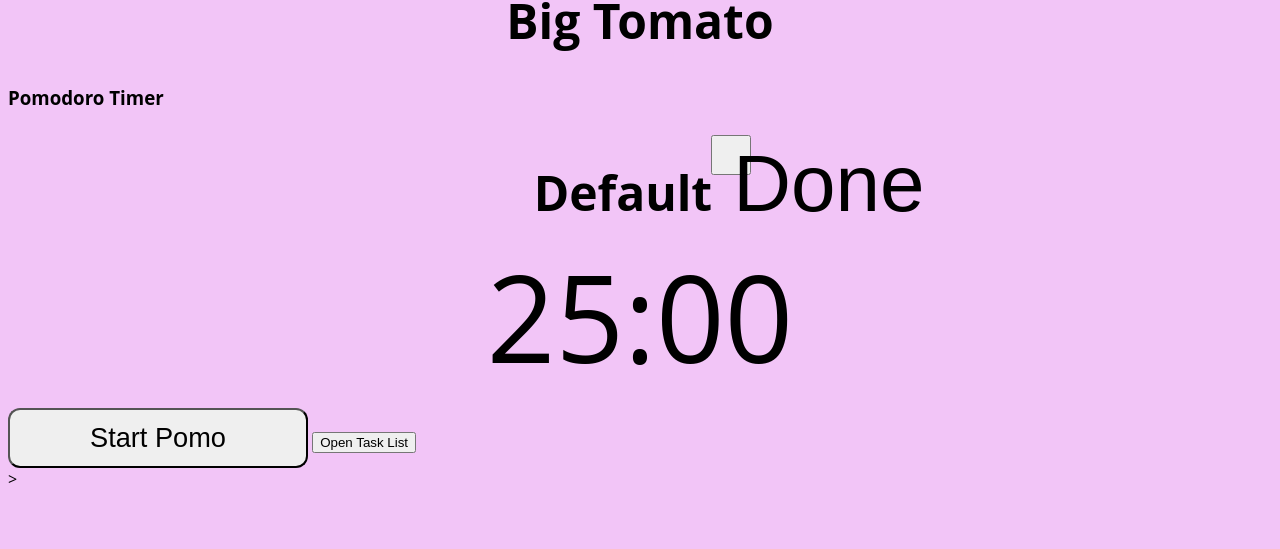
Repository: esong165/cse110-w21-group25
Page: source/index.html
The author's editor kept a copy of each file at every save. The page is drawn from the files as they stood at one save, then again after the next save.
The browser window is 1280 px wide. The pictures show the whole page.

Above is the page before, as saved 2021-03-04 15:12:38.
Console error: TypeError: Cannot read properties of null (reading 'style')

### source/index.html
<!DOCTYPE html>
<html lang="en">
<head>


	<meta charset="UTF-8" />
	<title>Pomodoro Timer</title>
	<meta name="viewport" content="width=device-width, initial-scale=1.0" />
	<link rel="stylesheet" href="./main.css" />
</head>
<body>
	<header>
		<h1 id="site-header">Big Tomato</h1>
	</header>

	<main id="homeID" style="display:block">
		<h3>Pomodoro Timer</h3>
		<div id="current-task-container">
			<h3 id="current-task">Default</h3>
			<h3 id="num-pomos">1</h3>
			<button id="done-button" type="submit" value="Done With Task" >
				Done
			</button>
		</div>

		<section id="timer-display">
		<p id="time-remaining">25:00</p>
		</section>
		<button id="timer-button">Start Pomo</button>

		<div id="task-list">
			<h3>Task Name:               Estimated pomodoros:</h3>
			<ul id="tasks-container" is="task-list"></ul>
			<form id="add-task-container">
				<label>Task name:</label>
				<input type="text" id="new-task-name" maxlength="30">
				<label>Estimated pomodoros:</label>
				<input type="number" id="new-task-count" value="1" min="1" max="99">
				<input type="submit" id="add-task-btn" value="Add Task">
			</form>
		</div>

		<button id="tasklist-btn">Open Task List</button>
		<audio id="alarm" src="./air-horn.mp3"></audio>
	</main>

	<main id="homeID" style="display:none">
		<form id="settingsPomoLength" style="display:none">
			Choose the length of the break time:
			<select id="breakLength">
				<option>5 Minutes</option>
				<option>10 Minutes</option>
				<option>15 Minutes</option>
				<option>20 Minutes</option>
			</select>
			<br><br>
			<input type="button" onclick="getBreakLength()" value="Click Me!">
		</form>

		<input type="button" onclick="displaySettings()" value="Display!">

		<form id="settingsPomoLength" style="display:none">
			Choose the length of the one pomo:
			<select id="pomoLength">
				<option>20 Minutes</option>
				<option>25 Minutes</option>
				<option>30 Minutes</option>
				<option>35 Minutes</option>
				</select>
			<br><br>
			<input type="button" onclick="getPomoLength()" value="Click Me2!">
		</form>
	</main>>

	<script src="./task-item.js" type="module"></script>
	<script src="./timer.js" type="module"></script>
	<script src="./tasklist.js" type="module"></script>
	<script src="./main.js"></script>

</body>
</html>

### source/main.css
body {
	background-color: rgb(242, 197, 247); /* pomo, short: 184, 236, 184; long: 170, 210, 247; */
	font-family: 'Open Sans', sans-serif;
	padding-bottom: 0;
}

#site-header {
	text-align: center;
	font-size: 300%;
	margin-top: -20px;
}

html {
	overflow-y: scroll;
}

.taskbar-button {
	height: 50px;
	width: 50px;
}

/* nav-buttons */

#home-button {
	padding: 20px;
	outline: 0;
}

#stats-button {
	padding: 20px;
	outline: 0;
}

#settings-button {
	padding: 20px;
	outline: 0;
}

#task-list-button {
	padding: 20px;
	outline: 0;
}

#faq-button {
	padding: 20px;
	outline: 0;
}

/* task-bar */
#task-bar {
	text-align: center;
	margin: 0 auto;
	vertical-align: middle;
	padding-top: 0;
}

/* timer */
#current-task-container {
	text-align: center;
	margin-top: 30px;
}

#current-task {
	display: inline-block;
	font-size: 300%;
	margin: 0;
	text-align: center;
}

#time-remaining {
	font-size: 750%;
	margin-bottom: 10px;
	margin-top: 10px;
	text-align: center;
}

#mode-message {
	text-align: center;
	font-size: 150%;
}

#timer-button-container {
	text-align: center;
}

#timer-button {
	border-radius: 12px;
	font-size: 170%;
	padding: 2px, 2px, 8px, 8px;
	width: 300px;
	height: 60px;
	outline: 0;
}

#timer-button:hover {
	background-color: rgb(207, 207, 207);
}

/* task-list */
#add-task-container {
	text-align: center;
}

#task-list {
	display: none; /* Include some positioning */
}

#task-name {
	text-align: center;
}

#new-task-name {
	size: 20px;
}

#est-pomos {
	text-align: center;
}

#new-task-count {
	size: 20px;
}

#faq {
	display: flex;
	justify-content: center;
}

#faq {
	margin: 0 auto;
	max-width: 50%;
}

#faq div {
	max-width: 100%;
}

#task-list {
	display: none; /* Include some positioning */
}

#navButton {
	text-align: center;
	background-color: aquamarine;
}

#popup-button {
	background-color: rgba(247, 108, 108, 0.932);
	text-align: center;
	display: inline-block;
	font-size: 500%;
	cursor: pointer;
	padding: 20px 20px;
}

#done-button {
	cursor: pointer;
	display: inline-block;
	font-size: 500%;
	height: 40px;
	margin: -5px;
	outline: 0;
	padding-left: 20px;
	text-align: center;
	width: 40px;
}

#popup-button:hover {
	background-color: rgb(255, 0, 0);
}

#done-button:hover {
	background-color: rgb(30, 255, 0);
}

#num-pomos {
	display: none;
	font-size: 300%;
	text-align: center;
}

table,
th,
td {
	border: 1px solid black;
	width: 42%;
	text-align: center;
}

.task-item {
	list-style-type: none;
}

#tasks-container {
	text-align: center;
}

### source/task-item.js
/**
 * A class representing a task item.
 */
export default class TaskItem extends HTMLElement {
	/**
	 * Constructs a task item using the input task name and estimated pomodoro count.
	 * Sets the current pomodoro count to 0.
	 * @param {String} taskName - Name of the task.
	 * @param {Number} pomoCount - Estimated pomodoro count.
	 * @param {Number} currPomoCount - Number of pomodoro cycles that have been completed with this task.
	 */
	constructor(taskName, pomoCount, currPomoCount) {
		// Required call to super in custom web component
		super();

		// Initializes shadow DOM
		const shadow = this.attachShadow({ mode: 'open' });

		// Creates list object representing the task
		const task = document.createElement('li');
		task.setAttribute('class', 'task');
		task.setAttribute('draggable', 'true');
		task.style = 'list-style-type:none; ';

		// Set name of task
		const name = document.createElement('span');
		name.innerHTML = '';
		name.innerHTML += taskName;
		name.style = 'display:none;';
		task.appendChild(name);

		// Set estimated pomodoros
		const count = document.createElement('span');
		count.innerHTML = '';
		count.innerHTML += pomoCount;
		count.style = 'display:none;';
		task.appendChild(count);
		// Set current pomodoro count
		this.currPomos = currPomoCount;

		// Select task button note: considering making this a radio option or making the text a clickable button
		const selectTaskButton = document.createElement('button');
		selectTaskButton.innerHTML = taskName;
		task.appendChild(selectTaskButton);

		const selectPomoButton = document.createElement('button');
		selectPomoButton.innerHTML = pomoCount;
		task.appendChild(selectPomoButton);

		// Remove task button
		const removeTaskButton = document.createElement('button');
		removeTaskButton.innerHTML = 'Remove';
		task.appendChild(removeTaskButton);

		// Add task to shadow DOM
		shadow.appendChild(task);
	}

	drag(event) {
		console.log('drag');
	}

	drop(event) {
		event.preventDefault();
		console.log('drop');
	}

	allowDrop(event) {
		event.preventDefault();
	}
}

customElements.define('task-item', TaskItem);

### source/timer.js
/**
 * All things timer.
 */
export default class Timer {
	/**
	 * Constructs the timer with a default remaining time of 25 minutes.
	 */
	constructor() {
		//const myMinutes = document.getElementById('minutes');
		this.$remaining = 5 * 1000;
	}

	/**
	 * Gets the remaining time.
	 */
	get remaining() {
		return this.$remaining;
	}

	/**
	 * Sets the remaining time.
	 * @param {Number} time - the remaining time, in miliseconds
	 */
	set remaining(time) {
		this.$remaining = time;
		document.getElementById('time-remaining').textContent = this.$format(time);
	}

	/**
	 * Formats the given time to the form of mm:ss.
	 * @param {Number} time - the time, in miliseconds, to format
	 */
	$format(time) {
		const date = new Date(0);
		date.setMilliseconds(time);
		const isoDate = date.toISOString();
		let formatted;
		if (isoDate.length === 24) {
			formatted = isoDate.substr(14, 5);
		} else {
			formatted = isoDate.substr(17, 5);
		}
		return formatted;
	}

	$startCounter() {
		console.log(this.$remaining);
		this.$intervalId = setInterval(() => {
			this.$remaining -= 1000;
			//console.log(this.$remaining);
			if (this.$remaining === 0) {
				cancelInterval(this.$intervalId);
				document.getElementById('alarm').play();
			}
		}, 1000);
	}
}

document.addEventListener('DOMContentLoaded', () => {
	if (window.app === undefined) window.app = {};
	window.app.timer = new Timer();
	document.getElementById('timer-button').addEventListener('click', window.app.timer.$startCounter);
});
/*
let intervalHandle;
let myMinutes;
let mySeconds;
*/
/**
 * Once the count down is done, timer is reset to the previous page.
 */
/*
function resetPage() {
	document.getElementById('input-area').style.display = 'block';
	document.getElementById('rules').style.display = 'block';
	document.getElementById('timer-button').style.display = 'block';
}
*/
/**
 * Shows the time after each second.
 */
/*
function tick() {
	const timeDisplay = document.getElementById('time-remaining');
	if (mySeconds < 10) {
		mySeconds = '0' + mySeconds;
	}
	if (myMinutes === 0) {
		myMinutes = '00';
	} else if (myMinutes < 10) {
		myMinutes = '0' + myMinutes;
	}
	const message = myMinutes.toString() + ':' + mySeconds;
	timeDisplay.innerHTML = message;
	if (mySeconds === 0 && myMinutes !== 0) {
		myMinutes--;
		mySeconds = 60;
	} else if (mySeconds === 0) {
		document.getElementById('alarm').play();
		clearInterval(intervalHandle);
		resetPage();
	}
	mySeconds--;
}
*/
/**
 * Function starts when the button is clicked and takes in the minute and second input
 */
/*
function startCounter() {
	myMinutes = document.getElementById('minutes').value;
	mySeconds = document.getElementById('seconds').value;
	if (isNaN(myMinutes)) {
		alert('Type a valid number please');
		return;
	}
	if (isNaN(mySeconds)) {
		alert('Type a valid number please');
		return;
	}
	intervalHandle = setInterval(tick, 1000);
	document.getElementById('input-area').style.display = 'none';
	document.getElementById('rules').style.display = 'none';
	document.getElementById('timer-button').style.display = 'none';
}
*/

### source/tasklist.js
import TaskItem from './task-item.js';

/**
 * A class representing a Tasklist.
 */
export default class Tasklist extends HTMLUListElement {
	/**
	 * Constructs the Tasklist with a default tasklist and selected task, or
	 * the tasklist and selected task stored in localStorage if they exist.
	 */
	constructor() {
		// Required call to super in custom web component
		super();

		// Initialize $tasks and $selected to default values
		this.$tasks = [];
		this.$selected = ['Default', '1', '-1'];

		// Get values from localStorage and updating $tasks and $selected if these are not null
		const taskItemArr = JSON.parse(localStorage.getItem('taskItemArr'));
		const selectedArr = JSON.parse(localStorage.getItem('selectedTask'));
		if (taskItemArr !== null) {
			this.$tasks = taskItemArr;
		}
		if (selectedArr !== null) {
			this.$selected = selectedArr;
		}

		// Update current task display
		document.getElementById('current-task').innerHTML = this.$selected[0];
		document.getElementById('num-pomos').innerHTML = this.$selected[1];

		// Update tasklist display
		for (const task of this.$tasks) {
			const currTask = new TaskItem(task[0], task[1], task[2]);
			currTask.id = task[0];

			/* Add select and remove buttons to each task fetched from localStorage
				(Perhaps create new method doing this to be called here and in addTask()) */
			currTask.shadowRoot.children[0].children[2].addEventListener('click',
				function() { document.getElementById('tasks-container').selectTask(task[0]); });
			currTask.shadowRoot.children[0].children[3].addEventListener('click',
				function() { document.getElementById('tasks-container').selectTask(task[0]); });
			currTask.shadowRoot.children[0].children[4].addEventListener('click',
				function() { document.getElementById('tasks-container').removeTask(task[0]); });

			document.getElementById('tasks-container').appendChild(currTask);
			document.getElementById(task[0]).setAttribute('ondragstart', 'drag(event);');
			document.getElementById(task[0]).setAttribute('ondragover', 'allowDrop(event);');
			document.getElementById(task[0]).setAttribute('ondrop', 'drop(event);');
		}
	}

	/**
	 * Gets the current selected task as an array.
	 * @returns {Array} Array containing task name at position 0 and estimated count at position 1.
	 */
	getSelected() {
		return this.$selected;
	}

	/**
	 * Add a task to the tasklist.
	 * @param {String} name - the name of the task
	 * @param {Number} count - the estimated number of pomodoro cycles
	 */
	addTask(name, count) {
		// Validity checking
		if (name.trim() === '') {
			alert('Please enter a valid task name.');
			return;
		}
		const task = new TaskItem(name, count, 0);
		task.id = name;

		/* Add select and remove buttons to the task
			(Perhaps create new method doing this to be called here and in c-tor) */
		task.shadowRoot.children[0].children[2].addEventListener('click',
			function() { document.getElementById('tasks-container').selectTask(name); });
		task.shadowRoot.children[0].children[3].addEventListener('click',
			function() { document.getElementById('tasks-container').removeTask(name); });

		// Store task as array of array in local storage -- could refactor into separate method
		let taskItemArr = JSON.parse(localStorage.getItem('taskItemArr'));
		if (taskItemArr == null) {
			taskItemArr = [];
		}

		// Create array version of the task
		const taskAsArr = [];
		taskAsArr.push(name);
		taskAsArr.push(count);
		taskAsArr.push(task.currPomos);

		// Validity checking (WIP)
		if (!JSON.stringify(taskItemArr).includes(JSON.stringify(taskAsArr))) {
			taskItemArr.push(taskAsArr);
			this.$tasks.push([name, count, task.currPomos]);
			this.appendChild(task);
			document.getElementById(name).setAttribute('ondragstart', 'drag(event);');
			document.getElementById(name).setAttribute('ondragover', 'allowDrop(event);');
			document.getElementById(name).setAttribute('ondrop', 'drop(event);');
		} else {
			alert('Task is already in tasklist.');
			return;
		}

		// This could probably just go in the if block above
		localStorage.setItem('taskItemArr', JSON.stringify(taskItemArr));
	}

	/**
	 * Select a task as the current task.
	 * @param {String} taskId - name of selected task.
	 */
	selectTask(taskId) {
		const task = document.getElementById(taskId).shadowRoot.children[0];
		const name = task.children[0].innerHTML;
		const pomos = task.children[1].innerHTML;

		// Update current task display
		document.getElementById('current-task').innerHTML = name;
		document.getElementById('num-pomos').innerHTML = pomos;

		// Update $selected instance variable
		this.$selected = [name, pomos, document.getElementById(taskId).currPomos];

		// Store selected task in local storage
		localStorage.setItem('selectedTask', JSON.stringify(this.$selected));
		// goes to timer page to see task set
		home();
	}

	/**
	 * Remove a task from the tasklist.
	 * @param {String} taskId - name of task to be removed.
	 */
	removeTask(taskId) {
		const currTaskId = document.getElementById('current-task').innerHTML;
		const taskContainer = document.getElementById('tasks-container');

		const task = document.getElementById(taskId);

		// Remove task from $tasks instance variable
		this.$tasks = arrayRemove(this.$tasks, taskId);

		/* Edge case check for a bug I could not figure out -- without this line,
			sometimes a task enters the tasklist with undefined, undefined --
			occurs when you add a task, select it, then remove it and refresh
			Justin Check how local storage works with select and see what's wrong with case
			*/
		if (JSON.stringify(this.$tasks) === '[{}]') this.$tasks = [];

		// Update tasklist display
		if (task != null) {
			taskContainer.removeChild(task);
		}

		// If current task is the removed task, move to next task in tasklist or default task
		if (currTaskId === taskId) {
			// Select the next task if there are any left in list
			if (taskContainer.hasChildNodes()) {
				document.getElementById('tasks-container').selectTask(this.$tasks[0][0]);
			} else {
				// Update displays and $selected to defaults if there are no tasks left in list
				document.getElementById('current-task').innerHTML = 'Default';
				document.getElementById('num-pomos').innerHTML = '1';
				this.$selected = ['Default', '1', '-1'];
			}
		}

		// Update localStorage with $tasks and $selected
		localStorage.setItem('taskItemArr', JSON.stringify(this.$tasks));
		localStorage.setItem('selectedTask', JSON.stringify(this.$selected));
	}

	updateCurrPomos(taskId) {
		const currTaskItem = document.getElementById(taskId);
		if (currTaskItem !== null) {
			currTaskItem.currPomos++;
			for (let i = 0; i < this.$tasks.length; i++) {
				if (this.$tasks[i][0] === taskId) {
					this.$tasks[i][2]++;
					localStorage.setItem('taskItemArr', JSON.stringify(this.$tasks));
					break;
				}
			}
			this.$selected[2]++;
			localStorage.setItem('selectedTask', JSON.stringify(this.$selected));
		}
	}
}

customElements.define('task-list', Tasklist, { extends: 'ul' });

function home() {
	/* add listeners or something to change color for timer */
	/* hides non timer elements and makes timer elements visible */

	const home = document.getElementById('timer');
	home.style.display = 'block';

	const tasklist = document.getElementById('task-list');
	tasklist.style.display = 'none';

	const faq = document.getElementById('faq');
	faq.style.display = 'none';

	const settings = document.getElementById('settings');
	settings.style.display = 'none';

	const stats = document.getElementById('stats');
	stats.style.display = 'none';
}

/**
 * Helper function to remove task from $tasks.
 * @param {*} arr - array to remove from.
 * @param {*} toRemove - element to be removed.
 */
function arrayRemove(arr, toRemove) {
	return arr.filter(function(el) {
		return el[0] !== toRemove;
	});
}

### source/main.js
// Run on DOM load
document.addEventListener('DOMContentLoaded', () => {
	const datalist = document.getElementById('tasks-container');

	/**
	 * Sets all taskbar icons to not selected and all style.displays to none.
	 */
	function setAllNone() {
		const home = document.getElementById('timer');
		home.style.display = 'none';

		const tasklist = document.getElementById('task-list');
		tasklist.style.display = 'none';

		const faq = document.getElementById('faq');
		faq.style.display = 'none';

		const settings = document.getElementById('settings');
		settings.style.display = 'none';

		const stats = document.getElementById('stats');
		stats.style.display = 'none';

		const taskListButtonStart = document.getElementById('task-list-button');
		const homeButtonStart = document.getElementById('home-button');
		const statsButtonStart = document.getElementById('stats-button');
		const settingsButtonStart = document.getElementById('settings-button');
		const faqButtonStart = document.getElementById('faq-button');

		taskListButtonStart.setAttribute('src', 'images/tasklist.png');
		homeButtonStart.setAttribute('src', 'images/home.png');
		statsButtonStart.setAttribute('src', 'images/stats.png');
		settingsButtonStart.setAttribute('src', 'images/settings.png');
		faqButtonStart.setAttribute('src', 'images/faq.png');
	}

	/* initial load home page */
	setAllNone();
	const homeButtonSelect = document.getElementById('home-button');
	homeButtonSelect.setAttribute('src', 'images/home2.png');

	// Changes Color of selected button. Default is home
	const home = document.getElementById('timer');
	home.style.display = 'block';

	// If tasklist icon clicked on
	const taskListButton = document.getElementById('task-list-button');
	taskListButton.addEventListener('click', function tasklist() {
		/* hides non tasklist elements and makes tasklist elements visible */
		/* see if we have to do anything to make new tasklist items show appropriately */

		setAllNone();
		/* Changes Color of selected button. */
		const tasklistButtonSelect = document.getElementById('task-list-button');
		tasklistButtonSelect.setAttribute('src', 'images/tasklist2.png');
		// shows tasklist
		const tasklist = document.getElementById('task-list');
		tasklist.style.display = 'block';
	});

	// If home icon clicked on
	const homeButton = document.getElementById('home-button');
	homeButton.addEventListener('click', function home() {
		/* add listeners or something to change color for timer */
		/* hides non timer elements and makes timer elements visible */

		setAllNone();
		/* Changes Color of selected button. */
		const homeButtonSelect = document.getElementById('home-button');
		homeButtonSelect.setAttribute('src', 'images/home2.png');
		// shows timer
		const home = document.getElementById('timer');
		home.style.display = 'block';
	});

	// If stats icon clicked on
	const statsButton = document.getElementById('stats-button');
	statsButton.addEventListener('click', function stats() {
		/* hides non stats elements and makes stats elements visible */

		setAllNone();
		/* Changes Color of selected button. */
		const statsButtonSelect = document.getElementById('stats-button');
		statsButtonSelect.setAttribute('src', 'images/stats2.png');
		// shows settings
		const stats = document.getElementById('stats');
		stats.style.display = 'block';
	});

	const faqButton = document.getElementById('faq-button');
	faqButton.addEventListener('click', function faq() {
		/* hides non stats elements and makes stats elements visible */

		setAllNone();
		/* Changes Color of selected button. */
		const faqButtonSelect = document.getElementById('faq-button');
		faqButtonSelect.setAttribute('src', 'images/faq2.png');
		// shows settings
		const faq = document.getElementById('faq');
		faq.style.display = 'block';
	});

	const settingsButton = document.getElementById('settings-button');
	settingsButton.addEventListener('click', function settings() {
		/* hides non stats elements and makes stats elements visible */

		setAllNone();
		/* Changes Color of selected button. */
		const settingsButtonSelect = document.getElementById('settings-button');
		settingsButtonSelect.setAttribute('src', 'images/settings2.png');
		// shows settings
		const settings = document.getElementById('settings');
		settings.style.display = 'block';
	});

	// "Add task" functionality for tasklist
	const addTaskButton = document.getElementById('add-task-container');
	addTaskButton.addEventListener('submit', function(event) {
		event.preventDefault();
		const newName = document.getElementById('new-task-name');
		const newCount = document.getElementById('new-task-count');
		datalist.addTask(newName.value, newCount.value);
		newName.value = '';
		newCount.value = 1;
	});

	// "Finish Task" functionality for tasklist
	const doneButton = document.getElementById('done-button');
	doneButton.addEventListener('click', function() {
		const currTask = document.getElementById('current-task').innerHTML;
		if (currTask === 'Default') return; // Come back to this in case user wants to have a task named "Default"
		document.getElementById('tasks-container').removeTask(currTask);
	});
});

### source/settings.js
/**
 * Settings Class
 */
export default class Settings {
    /**
     * Changes the current page to the settings page
     */
    constructor(buttonId) {
        this.buttonId = buttonId;
    }

    /**
     * Changes the settings of the appearance of the timer
     */

    /**
     * Changes the theme of the timer
     */

    /**
     * Changes the language of the timer
     */

    /**
     * Changes the timer's intervals
     */

     /**
     * Changes the timer's break time
     */
}

document.addEventListener('DOMContentLoaded', () => {
	if (window.app === undefined) window.app = {};
	window.app.setting = new Settings('settings-button');
	document.getElementById('settings-button').addEventListener('click', () => {
		window.app.setting.buttonClick();
	});
});

After the next save:
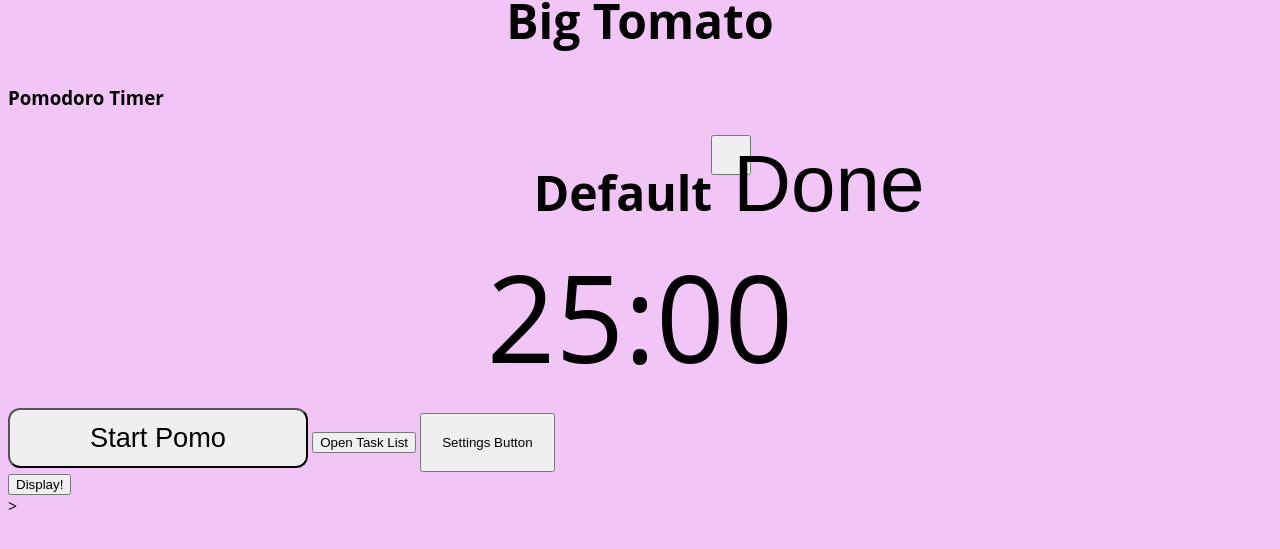
Saved 5 min 29 s later.
--- a/source/index.html
+++ b/source/index.html
@@ -25,6 +25,7 @@
 
 		<section id="timer-display">
 		<p id="time-remaining">25:00</p>
+		<p id="identify" style="display:none">Yes</p>
 		</section>
 		<button id="timer-button">Start Pomo</button>
 
@@ -42,9 +43,11 @@
 
 		<button id="tasklist-btn">Open Task List</button>
 		<audio id="alarm" src="./air-horn.mp3"></audio>
+
+		<button id="settings-button">Settings Button</button>
 	</main>
 
-	<main id="homeID" style="display:none">
+	<main id="homeID" style="display:block">
 		<form id="settingsPomoLength" style="display:none">
 			Choose the length of the break time:
 			<select id="breakLength">
@@ -72,7 +75,32 @@
 		</form>
 	</main>>
 
+	<main id="settingsID" style="display:none">
+		<form>
+			Choose the length of the one pomo:
+			<select id="pomoLength">
+				<option>20 Minutes</option>
+				<option>25 Minutes</option>
+				<option>30 Minutes</option>
+				<option>35 Minutes</option>
+				</select>
+			<br><br>
+			<input type="button" onclick="getPomoLength()" value="Click Me2!">
+		</form>
+
+		<form>
+			Display seconds:
+			<select id="displaySeconds">
+				<option>No</option>
+				<option>Yes</option>
+				</select>
+			<br><br>
+			<input type="button" onclick="getTimerStyle()" value="Click Me3!">
+		</form>
+	</main>
+
 	<script src="./task-item.js" type="module"></script>
+	<script src="./settings.js" type="module"></script>
 	<script src="./timer.js" type="module"></script>
 	<script src="./tasklist.js" type="module"></script>
 	<script src="./main.js"></script>
